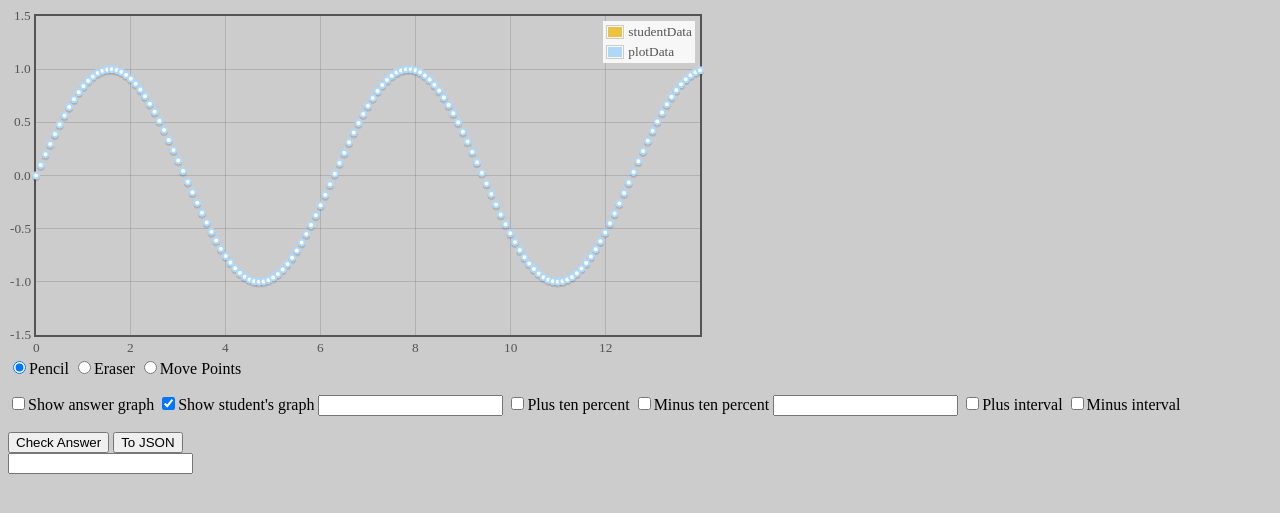
Repository: danmartelly/601autogradeGraphs
Page: flotSketching/test.html
The author's editor kept a copy of each file at every save. The page is drawn from the files as they stood at one save, then again after the next save.
The browser window is 1280 px wide. The pictures show the whole page.

Above is the page before, as saved 2014-01-30 17:29:04.

### flotSketching/test.html
<html>
<head>
	<title>Let's try Flot</title>
	<link href="test.css" rel="stylesheet" type="text/css">
	<script type="text/javascript" src="flot/jquery.js"></script>
	<script type="text/javascript" src="flot/jquery.flot.js"></script>
	<script type="text/javascript" src="jquery.flot.drawing.js"></script>
	<script type="text/javascript" src="JSON.js"></script>
	<script type="text/javascript" src="test.js"></script>
</head>
<body>
	<div id="content">
		<div class="demo-container">
			<div id="placeholder" class="demo-placeholder"></div>
		</div>
	</div>
	<form id="tool">
		<input id="pencilRadio" type="radio" name="tool" value="pencil" checked="checked">Pencil
		<input id ="eraserRadio" type="radio" name="tool" value="eraser">Eraser
		<input id="movePointRadio" type="radio" name="tool" value="movePoint">Move Points
	</form>
	<form id="showGraphs">
		<input id="answerCheckbox" type="checkbox" name="tool" value="answerGraph">Show answer graph
		<input id="studentCheckbox" type="checkbox" name="tool" value="studentGraph" checked="checked">Show student's graph
		<input id="percentAmount" type="text" name="tool">
		<input id="plusPercent" type="checkbox" name="tool" value="plusPercent">Plus ten percent
		<input id="minusPercent" type="checkbox" name="tool" value="minusPercent">Minus ten percent
		<input id="intervalAmount" type="text" name="tool">
		<input id="plusInterval" type="checkbox" name="tool" value="plusInterval">Plus interval
		<input id="minusInterval" type="checkbox" name="tool" value="minusInterval">Minus interval
	</form>
	<button id="compareButton" type="button">Check Answer</button>
	<button id="toJSON" type="button">To JSON</button>
	<div id="feedback">
	</div>
	<input type="text" id="jsonText">
</body>
</html>

### flotSketching/test.css
body {
	background-color: #CCCCCC;
}

#content {
	width: 880px;
}

.demo-container {
	width: 700px;
	height: 350px;
}

.demo-placeholder {
	width: 100%;
	height: 100%;
}

### flotSketching/JSON.js
/*
json2.js
2013-05-26

Public Domain.

NO WARRANTY EXPRESSED OR IMPLIED. USE AT YOUR OWN RISK.

See http://www.JSON.org/js.html


This code should be minified before deployment.
See http://javascript.crockford.com/jsmin.html

USE YOUR OWN COPY. IT IS EXTREMELY UNWISE TO LOAD CODE FROM SERVERS YOU DO
NOT CONTROL.


This file creates a global JSON object containing two methods: stringify
and parse.

JSON.stringify(value, replacer, space)
value any JavaScript value, usually an object or array.

replacer an optional parameter that determines how object
values are stringified for objects. It can be a
function or an array of strings.

space an optional parameter that specifies the indentation
of nested structures. If it is omitted, the text will
be packed without extra whitespace. If it is a number,
it will specify the number of spaces to indent at each
level. If it is a string (such as '\t' or '&nbsp;'),
it contains the characters used to indent at each level.

This method produces a JSON text from a JavaScript value.

When an object value is found, if the object contains a toJSON
method, its toJSON method will be called and the result will be
stringified. A toJSON method does not serialize: it returns the
value represented by the name/value pair that should be serialized,
or undefined if nothing should be serialized. The toJSON method
will be passed the key associated with the value, and this will be
bound to the value

For example, this would serialize Dates as ISO strings.

Date.prototype.toJSON = function (key) {
function f(n) {
// Format integers to have at least two digits.
return n < 10 ? '0' + n : n;
}

return this.getUTCFullYear() + '-' +
f(this.getUTCMonth() + 1) + '-' +
f(this.getUTCDate()) + 'T' +
f(this.getUTCHours()) + ':' +
f(this.getUTCMinutes()) + ':' +
f(this.getUTCSeconds()) + 'Z';
};

You can provide an optional replacer method. It will be passed the
key and value of each member, with this bound to the containing
object. The value that is returned from your method will be
serialized. If your method returns undefined, then the member will
be excluded from the serialization.

If the replacer parameter is an array of strings, then it will be
used to select the members to be serialized. It filters the results
such that only members with keys listed in the replacer array are
stringified.

Values that do not have JSON representations, such as undefined or
functions, will not be serialized. Such values in objects will be
dropped; in arrays they will be replaced with null. You can use
a replacer function to replace those with JSON values.
JSON.stringify(undefined) returns undefined.

The optional space parameter produces a stringification of the
value that is filled with line breaks and indentation to make it
easier to read.

If the space parameter is a non-empty string, then that string will
be used for indentation. If the space parameter is a number, then
the indentation will be that many spaces.

Example:

text = JSON.stringify(['e', {pluribus: 'unum'}]);
// text is '["e",{"pluribus":"unum"}]'


text = JSON.stringify(['e', {pluribus: 'unum'}], null, '\t');
// text is '[\n\t"e",\n\t{\n\t\t"pluribus": "unum"\n\t}\n]'

text = JSON.stringify([new Date()], function (key, value) {
return this[key] instanceof Date ?
'Date(' + this[key] + ')' : value;
});
// text is '["Date(---current time---)"]'


JSON.parse(text, reviver)
This method parses a JSON text to produce an object or array.
It can throw a SyntaxError exception.

The optional reviver parameter is a function that can filter and
transform the results. It receives each of the keys and values,
and its return value is used instead of the original value.
If it returns what it received, then the structure is not modified.
If it returns undefined then the member is deleted.

Example:

// Parse the text. Values that look like ISO date strings will
// be converted to Date objects.

myData = JSON.parse(text, function (key, value) {
var a;
if (typeof value === 'string') {
a =
/^(\d{4})-(\d{2})-(\d{2})T(\d{2}):(\d{2}):(\d{2}(?:\.\d*)?)Z$/.exec(value);
if (a) {
return new Date(Date.UTC(+a[1], +a[2] - 1, +a[3], +a[4],
+a[5], +a[6]));
}
}
return value;
});

myData = JSON.parse('["Date(09/09/2001)"]', function (key, value) {
var d;
if (typeof value === 'string' &&
value.slice(0, 5) === 'Date(' &&
value.slice(-1) === ')') {
d = new Date(value.slice(5, -1));
if (d) {
return d;
}
}
return value;
});


This is a reference implementation. You are free to copy, modify, or
redistribute.
*/

/*jslint evil: true, regexp: true */

/*members "", "\b", "\t", "\n", "\f", "\r", "\"", JSON, "\\", apply,
call, charCodeAt, getUTCDate, getUTCFullYear, getUTCHours,
getUTCMinutes, getUTCMonth, getUTCSeconds, hasOwnProperty, join,
lastIndex, length, parse, prototype, push, replace, slice, stringify,
test, toJSON, toString, valueOf
*/


// Create a JSON object only if one does not already exist. We create the
// methods in a closure to avoid creating global variables.

if (typeof JSON !== 'object') {
    JSON = {};
}

(function () {
    'use strict';

    function f(n) {
        // Format integers to have at least two digits.
        return n < 10 ? '0' + n : n;
    }

    if (typeof Date.prototype.toJSON !== 'function') {

        Date.prototype.toJSON = function () {

            return isFinite(this.valueOf())
                ? this.getUTCFullYear() + '-' +
                    f(this.getUTCMonth() + 1) + '-' +
                    f(this.getUTCDate()) + 'T' +
                    f(this.getUTCHours()) + ':' +
                    f(this.getUTCMinutes()) + ':' +
                    f(this.getUTCSeconds()) + 'Z'
                : null;
        };

        String.prototype.toJSON =
            Number.prototype.toJSON =
            Boolean.prototype.toJSON = function () {
                return this.valueOf();
            };
    }

    var cx = /[\u0000\u00ad\u0600-\u0604\u070f\u17b4\u17b5\u200c-\u200f\u2028-\u202f\u2060-\u206f\ufeff\ufff0-\uffff]/g,
        escapable = /[\\\"\x00-\x1f\x7f-\x9f\u00ad\u0600-\u0604\u070f\u17b4\u17b5\u200c-\u200f\u2028-\u202f\u2060-\u206f\ufeff\ufff0-\uffff]/g,
        gap,
        indent,
        meta = { // table of character substitutions
            '\b': '\\b',
            '\t': '\\t',
            '\n': '\\n',
            '\f': '\\f',
            '\r': '\\r',
            '"' : '\\"',
            '\\': '\\\\'
        },
        rep;


    function quote(string) {

// If the string contains no control characters, no quote characters, and no
// backslash characters, then we can safely slap some quotes around it.
// Otherwise we must also replace the offending characters with safe escape
// sequences.

        escapable.lastIndex = 0;
        return escapable.test(string) ? '"' + string.replace(escapable, function (a) {
            var c = meta[a];
            return typeof c === 'string'
                ? c
                : '\\u' + ('0000' + a.charCodeAt(0).toString(16)).slice(-4);
        }) + '"' : '"' + string + '"';
    }


    function str(key, holder) {

// Produce a string from holder[key].

        var i, // The loop counter.
            k, // The member key.
            v, // The member value.
            length,
            mind = gap,
            partial,
            value = holder[key];

// If the value has a toJSON method, call it to obtain a replacement value.

        if (value && typeof value === 'object' &&
                typeof value.toJSON === 'function') {
            value = value.toJSON(key);
        }

// If we were called with a replacer function, then call the replacer to
// obtain a replacement value.

        if (typeof rep === 'function') {
            value = rep.call(holder, key, value);
        }

// What happens next depends on the value's type.

        switch (typeof value) {
        case 'string':
            return quote(value);

        case 'number':

// JSON numbers must be finite. Encode non-finite numbers as null.

            return isFinite(value) ? String(value) : 'null';

        case 'boolean':
        case 'null':

// If the value is a boolean or null, convert it to a string. Note:
// typeof null does not produce 'null'. The case is included here in
// the remote chance that this gets fixed someday.

            return String(value);

// If the type is 'object', we might be dealing with an object or an array or
// null.

        case 'object':

// Due to a specification blunder in ECMAScript, typeof null is 'object',
// so watch out for that case.

            if (!value) {
                return 'null';
            }

// Make an array to hold the partial results of stringifying this object value.

            gap += indent;
            partial = [];

// Is the value an array?

            if (Object.prototype.toString.apply(value) === '[object Array]') {

// The value is an array. Stringify every element. Use null as a placeholder
// for non-JSON values.

                length = value.length;
                for (i = 0; i < length; i += 1) {
                    partial[i] = str(i, value) || 'null';
                }

// Join all of the elements together, separated with commas, and wrap them in
// brackets.

                v = partial.length === 0
                    ? '[]'
                    : gap
                    ? '[\n' + gap + partial.join(',\n' + gap) + '\n' + mind + ']'
                    : '[' + partial.join(',') + ']';
                gap = mind;
                return v;
            }

// If the replacer is an array, use it to select the members to be stringified.

            if (rep && typeof rep === 'object') {
                length = rep.length;
                for (i = 0; i < length; i += 1) {
                    if (typeof rep[i] === 'string') {
                        k = rep[i];
                        v = str(k, value);
                        if (v) {
                            partial.push(quote(k) + (gap ? ': ' : ':') + v);
                        }
                    }
                }
            } else {

// Otherwise, iterate through all of the keys in the object.

                for (k in value) {
                    if (Object.prototype.hasOwnProperty.call(value, k)) {
                        v = str(k, value);
                        if (v) {
                            partial.push(quote(k) + (gap ? ': ' : ':') + v);
                        }
                    }
                }
            }

// Join all of the member texts together, separated with commas,
// and wrap them in braces.

            v = partial.length === 0
                ? '{}'
                : gap
                ? '{\n' + gap + partial.join(',\n' + gap) + '\n' + mind + '}'
                : '{' + partial.join(',') + '}';
            gap = mind;
            return v;
        }
    }

// If the JSON object does not yet have a stringify method, give it one.

    if (typeof JSON.stringify !== 'function') {
        JSON.stringify = function (value, replacer, space) {

// The stringify method takes a value and an optional replacer, and an optional
// space parameter, and returns a JSON text. The replacer can be a function
// that can replace values, or an array of strings that will select the keys.
// A default replacer method can be provided. Use of the space parameter can
// produce text that is more easily readable.

            var i;
            gap = '';
            indent = '';

// If the space parameter is a number, make an indent string containing that
// many spaces.

            if (typeof space === 'number') {
                for (i = 0; i < space; i += 1) {
                    indent += ' ';
                }

// If the space parameter is a string, it will be used as the indent string.

            } else if (typeof space === 'string') {
                indent = space;
            }

// If there is a replacer, it must be a function or an array.
// Otherwise, throw an error.

            rep = replacer;
            if (replacer && typeof replacer !== 'function' &&
                    (typeof replacer !== 'object' ||
                    typeof replacer.length !== 'number')) {
                throw new Error('JSON.stringify');
            }

// Make a fake root object containing our value under the key of ''.
// Return the result of stringifying the value.

            return str('', {'': value});
        };
    }


// If the JSON object does not yet have a parse method, give it one.

    if (typeof JSON.parse !== 'function') {
        JSON.parse = function (text, reviver) {

// The parse method takes a text and an optional reviver function, and returns
// a JavaScript value if the text is a valid JSON text.

            var j;

            function walk(holder, key) {

// The walk method is used to recursively walk the resulting structure so
// that modifications can be made.

                var k, v, value = holder[key];
                if (value && typeof value === 'object') {
                    for (k in value) {
                        if (Object.prototype.hasOwnProperty.call(value, k)) {
                            v = walk(value, k);
                            if (v !== undefined) {
                                value[k] = v;
                            } else {
                                delete value[k];
                            }
                        }
                    }
                }
                return reviver.call(holder, key, value);
            }


// Parsing happens in four stages. In the first stage, we replace certain
// Unicode characters with escape sequences. JavaScript handles many characters
// incorrectly, either silently deleting them, or treating them as line endings.

            text = String(text);
            cx.lastIndex = 0;
            if (cx.test(text)) {
                text = text.replace(cx, function (a) {
                    return '\\u' +
                        ('0000' + a.charCodeAt(0).toString(16)).slice(-4);
                });
            }

// In the second stage, we run the text against regular expressions that look
// for non-JSON patterns. We are especially concerned with '()' and 'new'
// because they can cause invocation, and '=' because it can cause mutation.
// But just to be safe, we want to reject all unexpected forms.

// We split the second stage into 4 regexp operations in order to work around
// crippling inefficiencies in IE's and Safari's regexp engines. First we
// replace the JSON backslash pairs with '@' (a non-JSON character). Second, we
// replace all simple value tokens with ']' characters. Third, we delete all
// open brackets that follow a colon or comma or that begin the text. Finally,
// we look to see that the remaining characters are only whitespace or ']' or
// ',' or ':' or '{' or '}'. If that is so, then the text is safe for eval.

            if (/^[\],:{}\s]*$/
                    .test(text.replace(/\\(?:["\\\/bfnrt]|u[0-9a-fA-F]{4})/g, '@')
                        .replace(/"[^"\\\n\r]*"|true|false|null|-?\d+(?:\.\d*)?(?:[eE][+\-]?\d+)?/g, ']')
                        .replace(/(?:^|:|,)(?:\s*\[)+/g, ''))) {

// In the third stage we use the eval function to compile the text into a
// JavaScript structure. The '{' operator is subject to a syntactic ambiguity
// in JavaScript: it can begin a block or an object literal. We wrap the text
// in parens to eliminate the ambiguity.

                j = eval('(' + text + ')');

// In the optional fourth stage, we recursively walk the new structure, passing
// each name/value pair to a reviver function for possible transformation.

                return typeof reviver === 'function'
                    ? walk({'': j}, '')
                    : j;
            }

// If the text is not JSON parseable, then a SyntaxError is thrown.

            throw new SyntaxError('JSON.parse');
        };
    }
}());

### flotSketching/test.js
$(function() {

	var answerData = {
		label: "answerData"
		, data: []
		, points: {show: true}
	};
	for (var i = 0; i < 14; i += 0.5) {
		answerData.data.push([i, Math.sin(i)]);
	}

	var plotData = {
		label: "plotData"
		, data: []
		, points: {show: true}
	};
	function genericSin(x, amp, freq, xShift, offset) {
		return amp*Math.sin(2*Math.PI*freq*(x - xShift)) + offset;
	}
	for (var i = 0; i < 14; i += 0.1) {
//		plotData.data.push([i, genericSin(i, 2.15452795, 0.99964759, 0.99957028, 0.04148915)]);
		plotData.data.push([i, genericSin(i, 1, 1/(2*Math.PI), 0, 0)]);
	}

	var studentData = {
		label: "studentData"
		, data: []
		, points: { show: true }
		, lines: { show: true }
	};
	var plot = null;

	var rePlot = function() {
		var allData = [];
		if ($("#studentCheckbox").prop("checked")) {
			allData.push(studentData);
		}
		if ($("#answerCheckbox").prop("checked")) {
			allData.push(answerData);
		}
		allData.push(plotData);

		var percentage = parseFloat($("#percentAmount").val());
		if ($("#plusPercent").prop("checked")) {
			var change = 1 + percentage;
			var moreData = [];
			$.each(answerData.data, function(index, value) {
				moreData.push([value[0], value[1]*change]);
			});
			allData.push({
				label: "plusPercent"
				, data: moreData
			});
		}
		if ($("#minusPercent").prop("checked")) {
			var change = 1 - percentage;
			var moreData = [];
			$.each(answerData.data, function(index, value) {
				moreData.push([value[0], value[1]*change]);
			});
			allData.push({
				label: "minusPercent"
				, data: moreData
			});
		}
		var interval = parseFloat($("#intervalAmount").val(), 10);
		if ($("#plusInterval").prop("checked")) {
			var moreData = [];
			$.each(answerData.data, function(index, value) {
				moreData.push([value[0], value[1]+interval]);
			});
			allData.push({
				label: "plusInterval"
				, data: moreData
			});
		}
		if ($("#minusInterval").prop("checked")) {
			var moreData = [];
			$.each(answerData.data, function(index, value) {
				moreData.push([value[0], value[1]-interval]);
			});
			allData.push({
				label: "minusInterval"
				, data: moreData
			});
		}

		plot = $.plot($("#placeholder"), allData, {

		});
	};
	rePlot();

	$("#placeholder").bind("plothover", function (event, pos, item) {
		//mouse position
		var str = "mouse: (" + pos.x.toFixed(2) + ", " + pos.y.toFixed(2) + ")";
		//check datapoint
		if (item) {
			var x = item.datapoint[0].toFixed(2),
				y = item.datapoint[1].toFixed(2);
			str += "\nData: (" + x + ", " + y + ")";
		}
		$("#feedback").text(str);
	});

	$("#showGraphs").change(rePlot);

	$("#compareButton").click(function(e) {
		var xaxis = plot.getAxes().xaxis;
		var minx = xaxis.datamin;
		var maxx = xaxis.datamax;
		var s = plot.getData();
		var refArray = s[1].data;
		var otherArray = s[0].data;
		var compareResult = compareData(refArray, otherArray, minx, maxx, (maxx-minx)/10);
		$("#feedback").text(compareResult["variance"]);
	});

	$("#toJSON").click(function(e) {
		var jsonData = JSON.stringify(plot.getData());
		$("#jsonText").val(jsonData);
	});

	// way to compare the data
	function compareData(refArray, otherArray, loLimit, hiLimit, interval) {
		// find variance
		var variance;
		var counter = 0;
		var squareTotal = 0;
		for (var x = loLimit; x <= hiLimit; x = x + interval) {
			counter++;
			var refy = linearInterpolate(refArray, x);
			var othery = linearInterpolate(otherArray, x);
			squareTotal += Math.pow((refy - othery), 2);
		}
		variance = squareTotal/counter;
		return {
			"variance":variance,
		};
	}

	// Take in an array and an x value, and linearly interpolate to find the
	// associated y value
	function linearInterpolate(dataArray, x) {
		var before = null, after = null;
		for (var i = 0; i < dataArray.length; i++) {
			if (dataArray[i][0] > x) {
				after = dataArray[i];
				before = dataArray[i-1];
				break;
			}
		}
		if (before == undefined) {
			return after[1];
		} else {
			//linearly interpolate at this point
			var x0 = before[0];
			var y0 = before[1];
			var x1 = after[0];
			var y1 = after[1];
			return y0 + (y1 - y0)*(x - x0)/(x1 - x0);
		}
	}


});

Loaded but not shown: flotSketching/flot/jquery.js (library); flotSketching/flot/jquery.flot.js (library); flotSketching/jquery.flot.drawing.js (library)

After the next save:
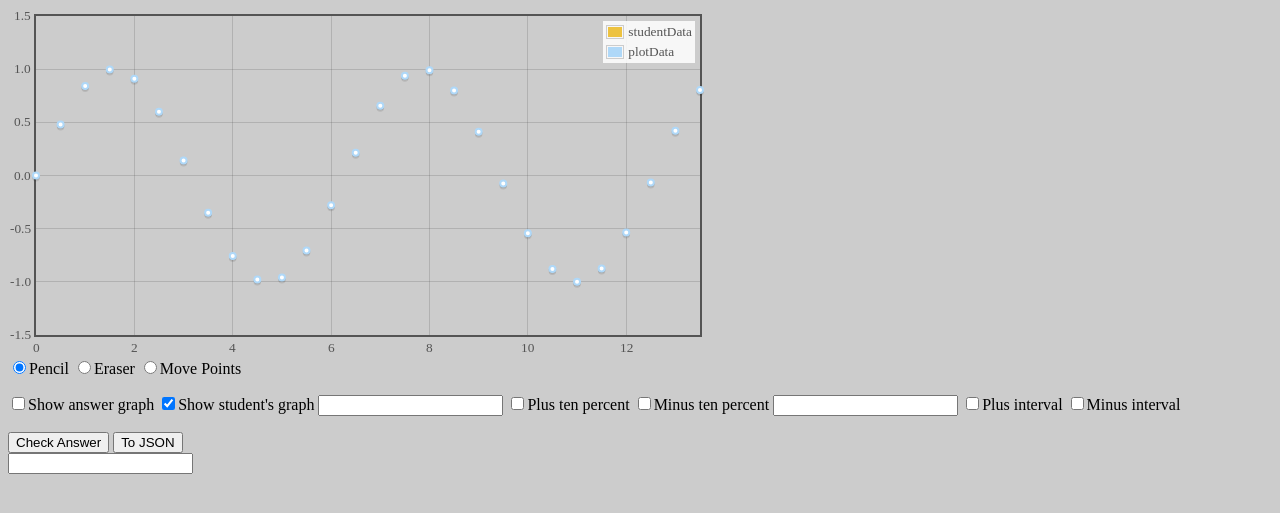
Saved 26 s later.
--- a/flotSketching/test.js
+++ b/flotSketching/test.js
@@ -17,7 +17,7 @@ $(function() {
 	function genericSin(x, amp, freq, xShift, offset) {
 		return amp*Math.sin(2*Math.PI*freq*(x - xShift)) + offset;
 	}
-	for (var i = 0; i < 14; i += 0.1) {
+	for (var i = 0; i < 14; i += 0.5) {
 //		plotData.data.push([i, genericSin(i, 2.15452795, 0.99964759, 0.99957028, 0.04148915)]);
 		plotData.data.push([i, genericSin(i, 1, 1/(2*Math.PI), 0, 0)]);
 	}
